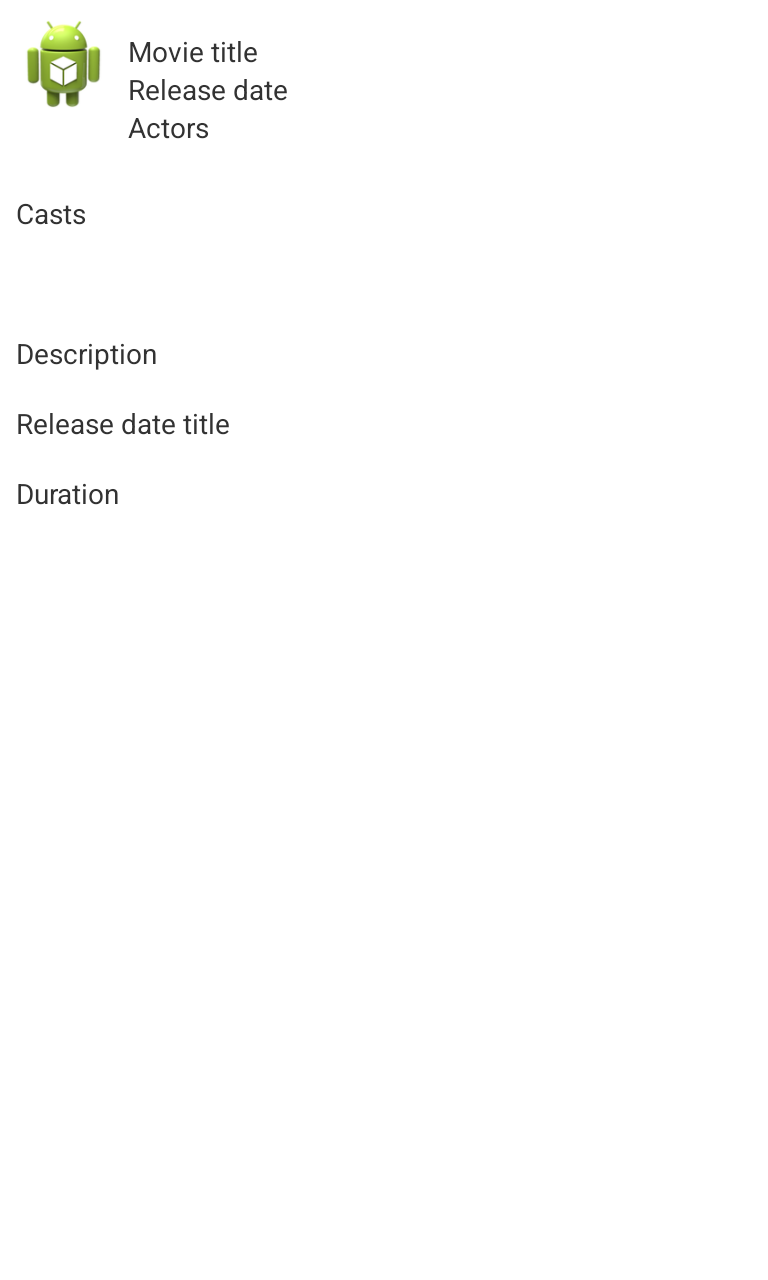
Repository: movieexample12/movieexample
Layout: Movies5/res/layout/details.xml
The author's editor kept a copy of each file at every save. The layout is drawn from the files as they stood at one save, then again after the next save.
It is drawn on a 768 x 1280 px phone screen (xhdpi) without system bars, with theme AppTheme; the app's code is not run.

Above is the layout before, as saved 2013-01-09 11:51:38.

After the next save:
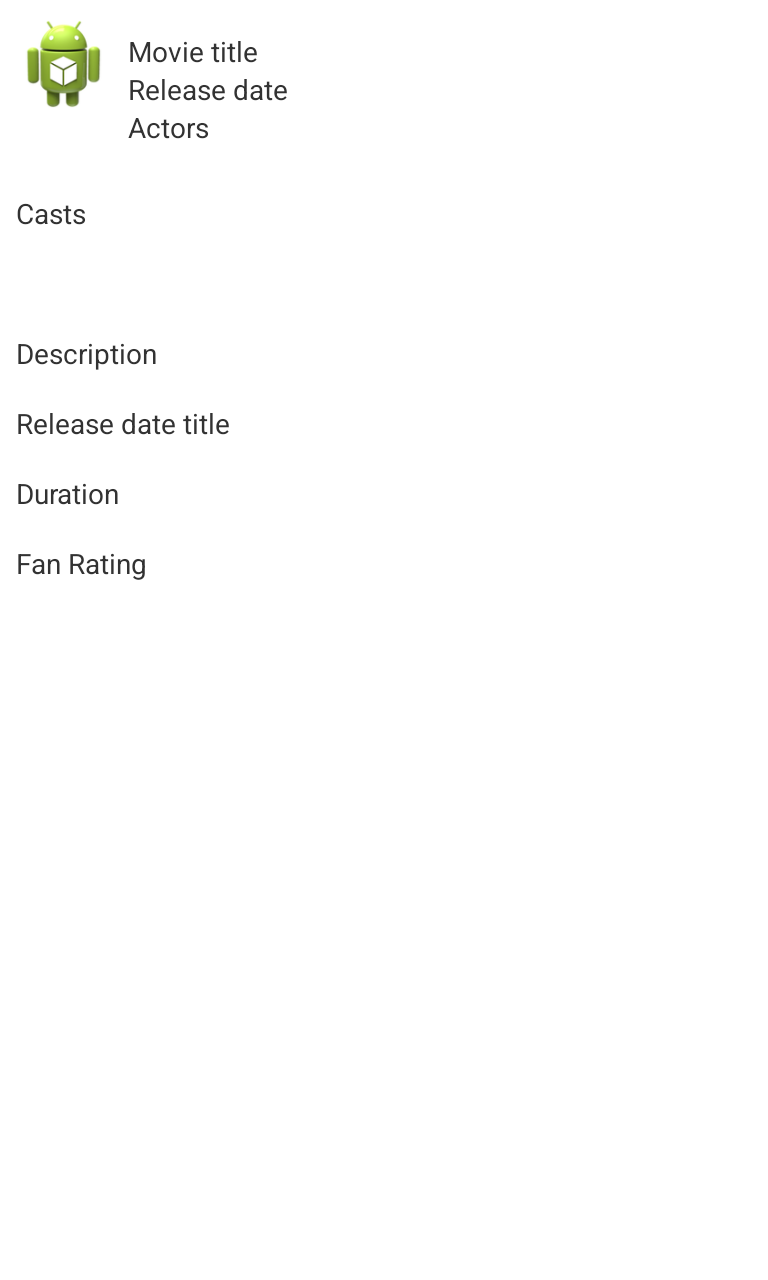
Saved 3 s later.
--- a/Movies5/res/layout/details.xml
+++ b/Movies5/res/layout/details.xml
@@ -90,4 +90,20 @@
 	        android:layout_height="wrap_content"
 	        android:gravity="center_vertical"/>
 	</LinearLayout>
+
+	<LinearLayout android:layout_width="match_parent"
+	    android:layout_height="wrap_content"
+	    android:orientation="horizontal"
+	    android:padding="8dp" >
+		<TextView
+	        android:layout_width="match_parent"
+	        android:layout_height="wrap_content"
+	        android:gravity="center_vertical"
+		    android:text="@string/rating"/>
+	    <TextView
+	        android:id="@+id/rating"
+	        android:layout_width="match_parent"
+	        android:layout_height="wrap_content"
+	        android:gravity="center_vertical"/>
+	</LinearLayout>
 </LinearLayout>
